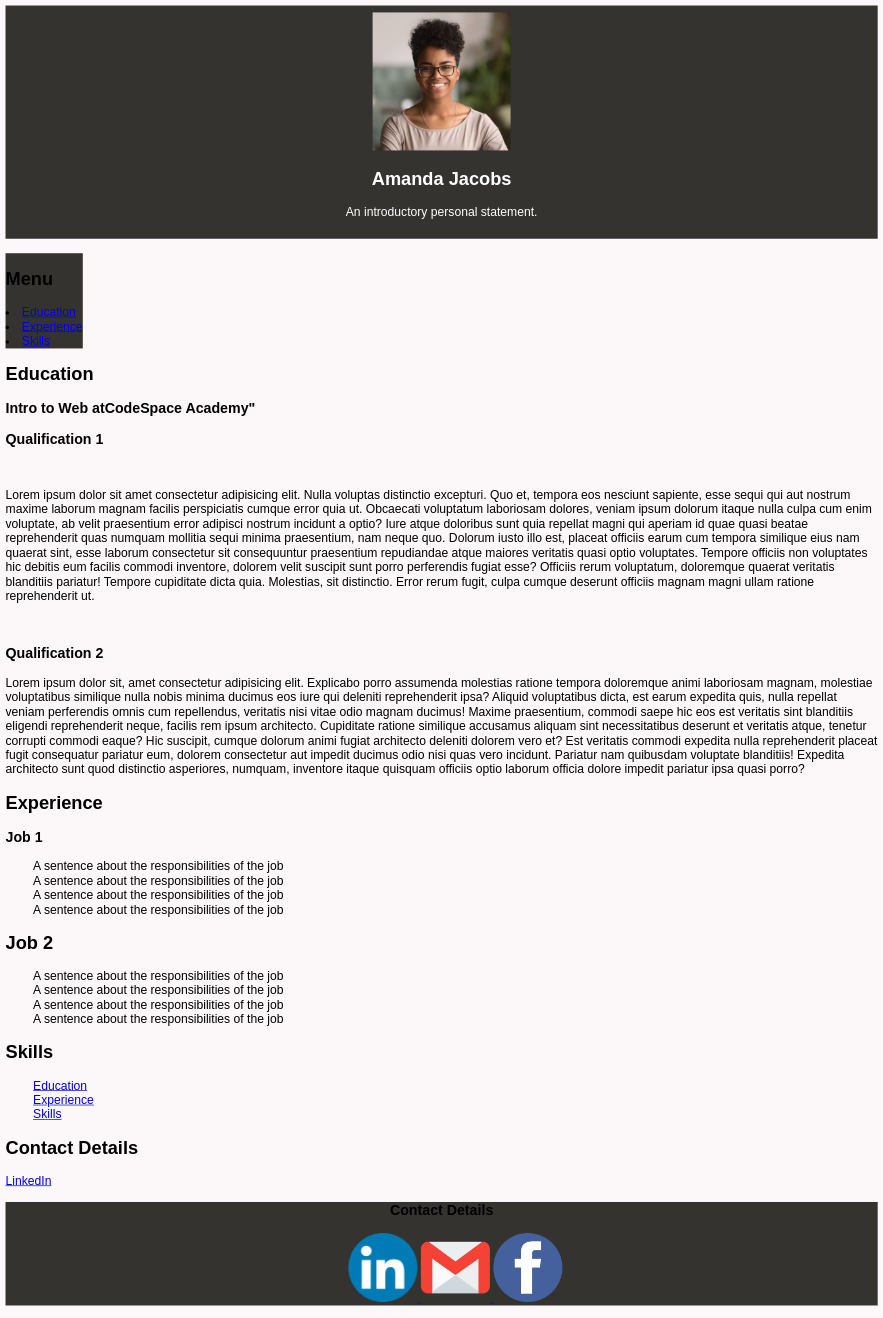
Repository: LeonardMhere/Resume-3
Page: resume `3/index.html
The author's editor kept a copy of each file at every save. The page is drawn from the files as they stood at one save, then again after the next save.
The browser window is 1280 px wide. The pictures show the whole page, at 69% of full size.

Above is the page before, as saved 2023-03-23 09:19:48.

### resume `3/index.html
<!DOCTYPE html>
<html lang="en">
    <meta charset="UTF-8">
    <meta http-equiv="X-UA-Compatible" content="IE=edge">
    <meta name="viewport" content="width=device-width, initial-scale=1.0">
    <link rel="stylesheet" href="css/stylesheet.css">

<head>
    <title>Amanda Jacobs</title>
</head>

<body>


  <header id="heading">
 <aside>
   <img id="profilePhoto" src="./images/profilePhoto.jpeg" width="200px"
   alt="Error Thumbnail">

  <h1>Amanda Jacobs</h1>
  <p>An introductory personal statement.</p>

    </header>

    <br/>
<main>
  <section>
   <article>
     <div class="nav-menu">
      <nav>
        <h2>Menu</h2>


      <li><a href="education">Education</a></li>
      <li><a href="experience">Experience</a></li>
      <li><a href="skills">Skills</a></li>
      </div>
  </ul>
</nav>
</aside>



<div class="box-1">
  <h2 id="education">Education</h2>
  <h3>Intro to Web at<a href="http://codespace.co.za/"></a>CodeSpace Academy"</a></h3>



  <h3>Qualification 1</h3>
  <br/>
     <p>Lorem ipsum dolor sit amet consectetur adipisicing elit. Nulla voluptas distinctio excepturi.
       Quo et, tempora eos nesciunt sapiente, esse sequi qui aut nostrum maxime laborum magnam facilis perspiciatis cumque error quia ut. Obcaecati voluptatum laboriosam dolores, veniam ipsum dolorum itaque nulla culpa cum enim voluptate,
       ab velit praesentium error adipisci nostrum incidunt a optio? Iure atque doloribus sunt quia repellat magni qui aperiam id quae quasi beatae reprehenderit quas numquam mollitia sequi minima praesentium, nam neque quo. Dolorum iusto illo est, placeat officiis earum cum tempora similique eius nam quaerat sint, esse laborum consectetur sit consequuntur praesentium repudiandae atque maiores veritatis quasi optio voluptates. Tempore officiis non voluptates hic debitis eum facilis commodi inventore, dolorem velit suscipit sunt porro perferendis fugiat esse? Officiis rerum voluptatum, doloremque quaerat veritatis blanditiis pariatur! Tempore cupiditate dicta quia. Molestias, sit distinctio. Error rerum fugit, culpa cumque deserunt officiis magnam magni ullam ratione reprehenderit ut.
      </p>
    </div>
      <br/>

  <div class="box-2">
   <h3>Qualification 2</h3>

      <p>
        Lorem ipsum dolor sit, amet consectetur adipisicing elit. Explicabo porro assumenda molestias ratione tempora doloremque animi laboriosam magnam, molestiae voluptatibus similique nulla nobis minima ducimus eos iure qui deleniti reprehenderit ipsa? Aliquid voluptatibus dicta, est earum expedita quis, nulla repellat veniam perferendis omnis cum repellendus, veritatis nisi vitae odio magnam ducimus! Maxime praesentium, commodi saepe hic eos est veritatis sint blanditiis eligendi reprehenderit neque, facilis rem ipsum architecto. Cupiditate ratione similique accusamus aliquam sint necessitatibus deserunt et veritatis atque, tenetur corrupti commodi eaque? Hic suscipit, cumque dolorum animi fugiat architecto deleniti dolorem vero et? Est veritatis commodi expedita nulla reprehenderit placeat fugit consequatur pariatur eum, dolorem consectetur aut impedit ducimus odio nisi quas vero incidunt. Pariatur nam quibusdam voluptate blanditiis! Expedita architecto sunt quod distinctio asperiores, numquam, inventore itaque quisquam officiis optio laborum officia dolore impedit pariatur ipsa quasi porro?
      </p>
    </div>


    <h2 id="experience">Experience</h2>

    <h3>Job 1</h3>
    <p>
        <ul>
            <li>A sentence about the responsibilities of the job</li>
            <li>A sentence about the responsibilities of the job</li>
            <li>A sentence about the responsibilities of the job</li>
            <li>A sentence about the responsibilities of the job</li>
        </ul>
    </p>



    <h2>Job 2</h2>

     <p>
        <ul>
            <li>A sentence about the responsibilities of the job</li>
            <li>A sentence about the responsibilities of the job</li>
            <li>A sentence about the responsibilities of the job</li>
            <li>A sentence about the responsibilities of the job</li>
        </ul>
     </p>



      <h2 id="skills">Skills</h2>

<ul>
  <li><a href="#education">Education</a></li>
  <li><a href="#experience">Experience</a></li>
  <li><a href="#Skills">Skills</a></li>
</ul>
</p>

<h2>Contact Details</h2>
<p><a href="http://linkedin.com">LinkedIn</a>

    </section>
  </article>
</main>








<footer>
    <h3>Contact Details</h3>
    <ul>
       <a href="http://linkedin.com" target="_blank">
           <img class="icons" src="images/linkedinIcon.png"
           alt="Amanda Jacobs Linkedin"
           width="100px">

       </a>

       <a href="//http://gmail.com" target="_blank">
        <img class="icons" src="images/gmailIcon.png"
        alt="Amanda Jacobs Gmail"
        width="100px">
       </a>

       <a href="//http://facebook.com" target="_blank">
        <img class="icons" src="images/facebookIcon.png"
        alt="Amanda Jacobs facebook Account"
        width="100px">
       </a>
</ul>
</footer>











</body>
</html>

### resume `3/css/stylesheet.css
body{
  font-family: sans-serif;
  font-size:110%;
  background-color: #FCF7F8;
}

header {
  text-align: center;
  background-color: #343330;
  color: white;
  padding: 10px 0 10px ;
}



.nav-menu{
    background-color:#343330;
    width: fit-content;
    overflow: auto;
    background-color:
}

ul {
  list-style: none;
}





footer {
  background-color: #343330;
  text-align: center;
}

After the next save:
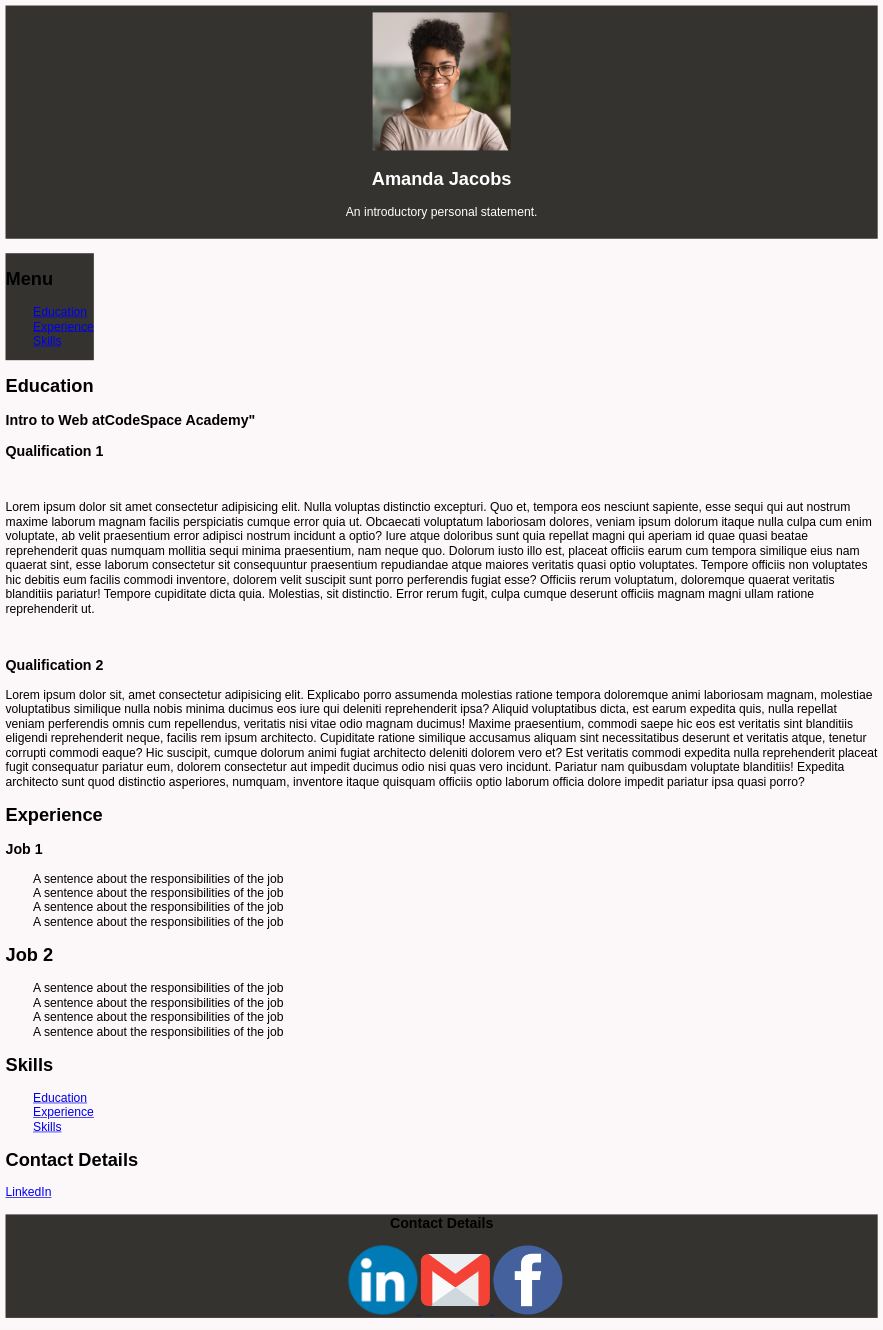
Saved 61 s later.
--- a/resume `3/index.html
+++ b/resume `3/index.html
@@ -30,7 +30,7 @@
       <nav>
         <h2>Menu</h2>
 
-
+  <ul>
       <li><a href="education">Education</a></li>
       <li><a href="experience">Experience</a></li>
       <li><a href="skills">Skills</a></li>
